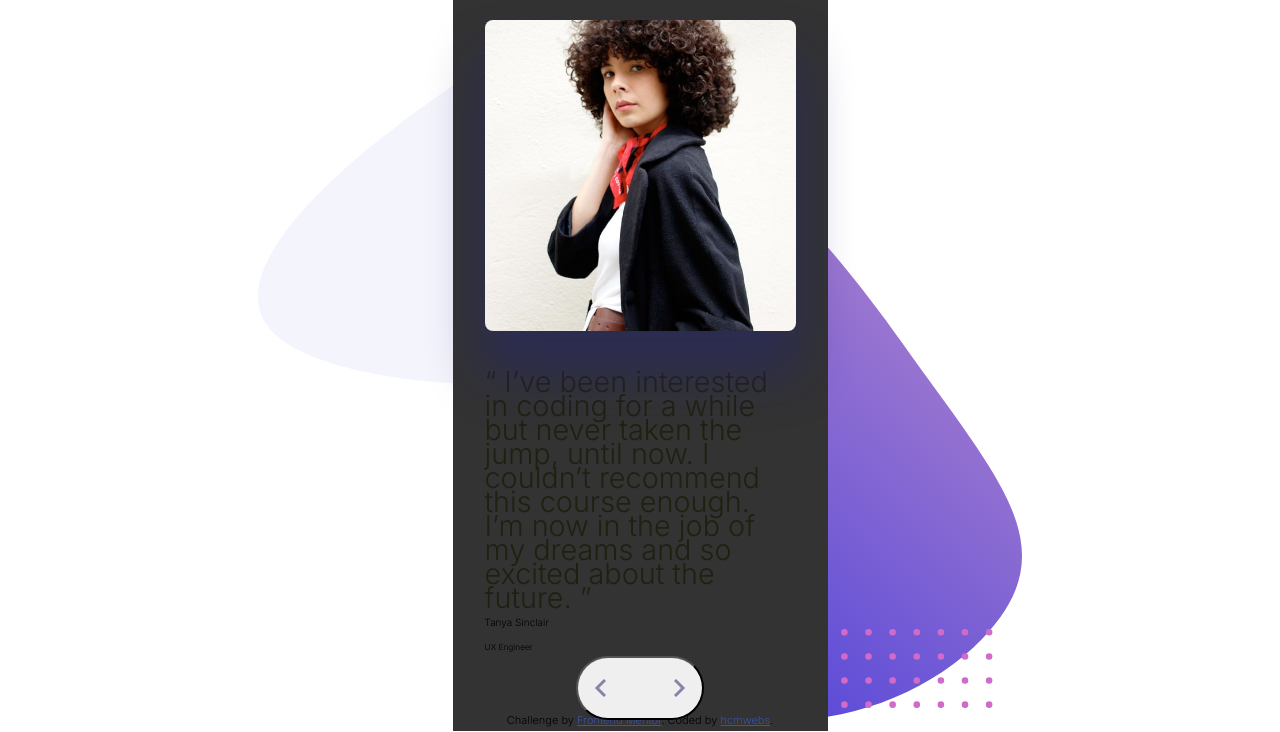
Repository: Hcmwebs/Coding-Bootcamp-Testimonials
Page: index.html
These files come from the project's save history. The page is drawn as it stood at one moment and after the next save; the edit follows.
The browser window is 1280 px wide. The pictures show the whole page.
The style sheet was rebuilt from its Sass, Less or Tailwind sources for each picture, by a compiler version that may differ from the author's.

Above is the page before, as saved 2020-10-30 12:51:51.

After the next save:
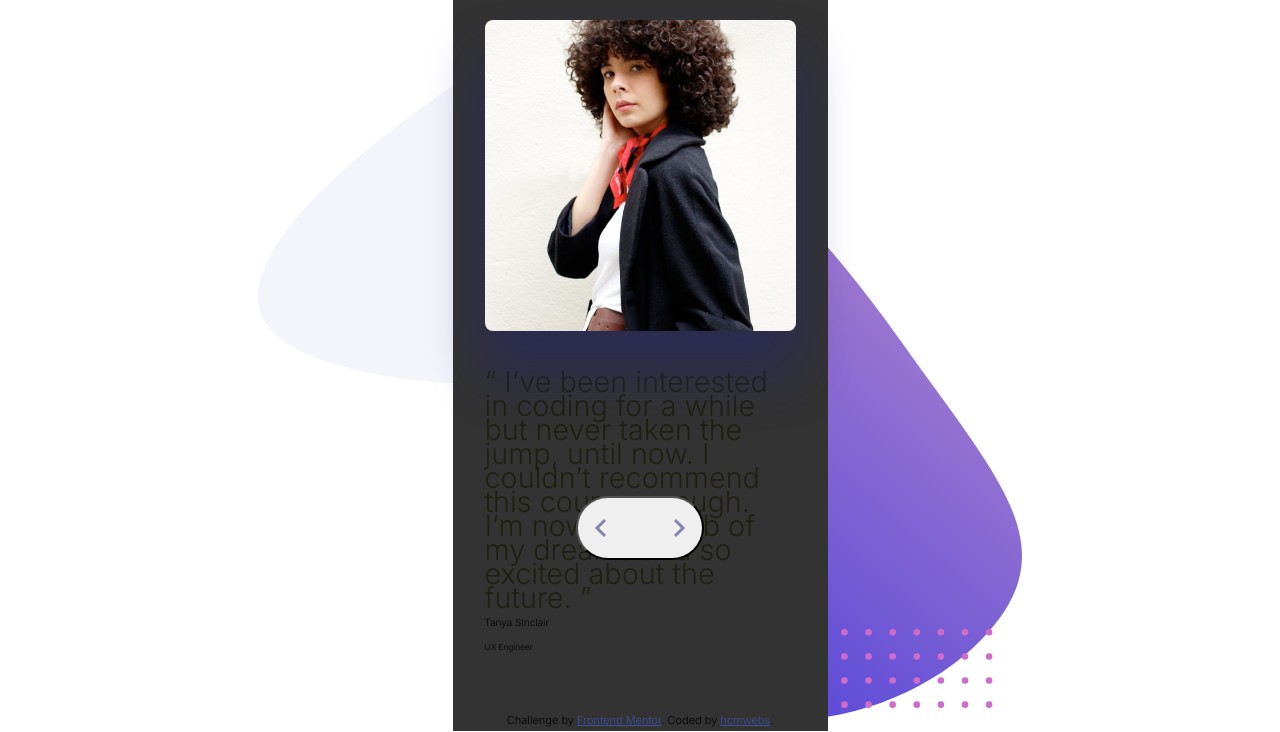
Saved 40 s later.
--- a/scss/main.scss
+++ b/scss/main.scss
@@ -84,7 +84,7 @@ button {
   border-radius: 2.8rem;
   @include flexSpaceBetween;
   position: absolute;
-  bottom: 0;
+  top: 31rem;
 
 }
 
